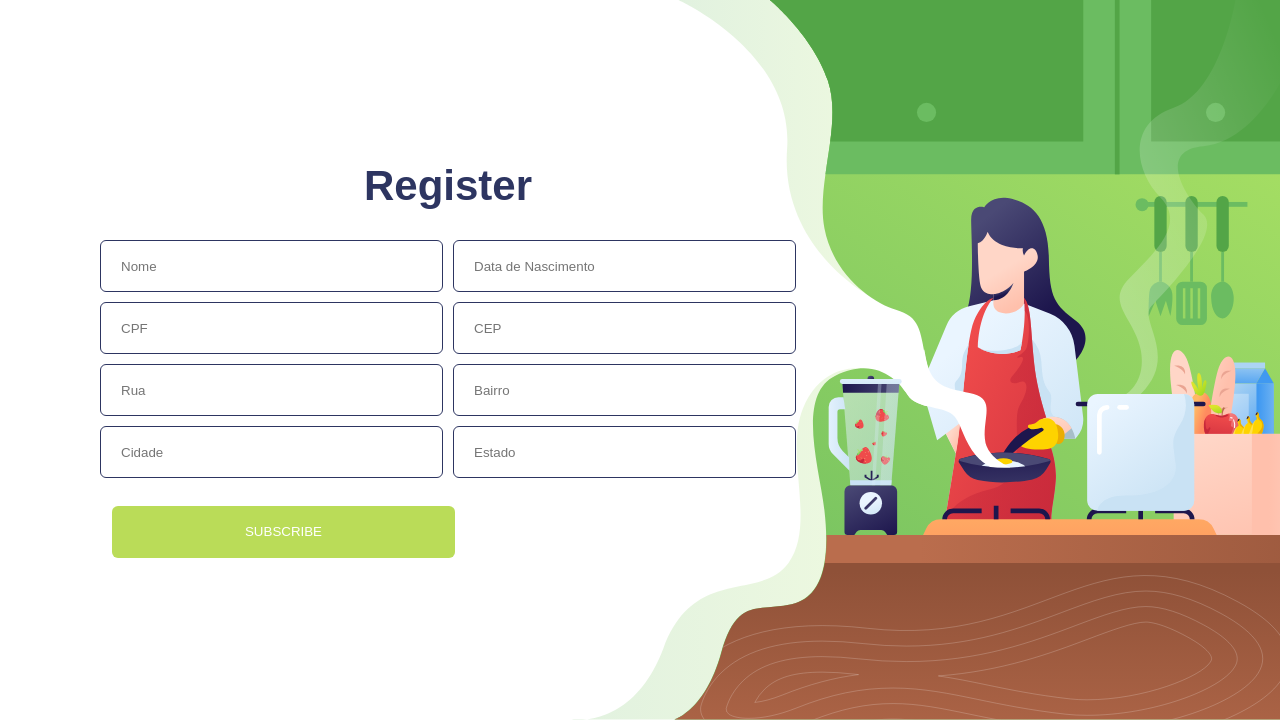
Repository: LuccaCasalecchi/HealthyFood
Page: /register
These files come from the project's save history. The page is drawn as it stood at one moment and after the next save; the edit follows.
The browser window is 1280 px wide. The pictures show the whole page.
The project was rebuilt for these pictures with package versions that can differ from the ones it lists, and the page was loaded fresh each time. Also part of the build but not shown: src/components/Header/Header.css, src/components/Header/Header.jsx, src/components/Main/Main.css, src/components/Main/Main.jsx, src/components/Card/Card.css, src/components/Card/Card.jsx, src/components/Recipes/Recipes.css, src/components/Recipes/Recipes.jsx and 11 more.

Above is the page before, as saved 2021-08-22 02:52:31.

### src/App.js
import React from 'react';

import Routes from './Routes';

import './global.css';

function App() {
  return (
    <Routes/>
  );
}

export default App;

### src/Routes.jsx
import { BrowserRouter, Switch, Route } from 'react-router-dom';

import LandingPage from './pages/LandingPage/LandingPage'
import Register from './pages/Register/Register'

export default function Routes() {
  return (
    <BrowserRouter>
      <Switch>
        <Route path='/' exact component={LandingPage}/>
        <Route path='/register' exact component={Register}/>
      </Switch>
    </BrowserRouter>
  );
}

### src/global.css
* {
  margin: 0;
  padding: 0;
  box-sizing: border-box;
}

html {
  scroll-behavior: smooth;
  overflow-y: scroll;
  overflow-x: hidden;
}





/*Phone*/
@media (min-width: 320px)
  and (max-width: 480px) {
  :root {
    font-size: 50%;
  }
}

/*Tablet*/
@media (min-width: 481px)
  and (max-width: 1100px) {
  :root {
    font-size: 56.25%;
  }
}

/*Desktop*/
@media (min-width: 1101px)
  and (max-width: 1600px) {
  :root {
    font-size: 62.5%;
  }
}

/*Ultra*/
@media (min-width: 1601px) {
  :root {
    font-size: 62.5%;
  }
}

### src/pages/Register/Register.jsx
import React, {useState} from "react";
import { useHistory } from 'react-router-dom';
import api from '../../api/api'

import Button from "../../components/Button/Button";
import Input from "../../components/Input/Input";

import imageService from "../../images/bloco_services.svg";
import "./Register.css";


export default function Register() {

  //declare state os inputs
  const [city, setCity] = useState("");
  const [uf, setUf] = useState("");
  const [cep, setCep] = useState("");
  const [adress, setAdress] = useState("");
  const [district, setDistrict] = useState("");
  const [complement,setComplement] = useState("")

  const {goBack} = useHistory();

  //get the adress from user
  async function getUserAdress(){
    try{
      const response = await api.get(`https://viacep.com.br/ws/${cep}/json/`)
      setCity(response.data.localidade)
      setUf(response.data.uf)
      setAdress(response.data.logradouro)
      setDistrict(response.data.bairro)
      setComplement(response.data.complemento)
    }catch(error){
      setCity("")
      setUf("")
      setAdress("")
      setDistrict("")
      setComplement("")
    }
  }

  function handleSubmit(e){
    e.preventDefault()

    const userData={
      name: e.target.elements.name.value,
      birthday: e.target.elements.birthday.value,
      CPF: e.target.elements.CPF.value,
      CEP: e.target.elements.CEP.value,
      address: e.target.elements.address.value,
      district: e.target.elements.district.value,
      complement: e.target.elements.complement.value,
      city: e.target.elements.city.value,
      UF: e.target.elements.UF.value
    }

    localStorage[`healthyFoodCommerce${userData.CPF}Registry`] = JSON.stringify(userData);
  }




  return (
    <div className="container">
      <div>
        <h1>Register</h1>
        <form>
          <Input placeholderProp="Nome" id="name" required={true} />
          <Input placeholderProp="Data de Nascimento" id="birthday" required={true} />
          <Input placeholderProp="CPF" id="CPF" required={true}  />
          <Input placeholderProp="CEP" id="CEP" required={true} />
          <Input placeholderProp="Rua" id="adress" required={true} />
          <Input placeholderProp="Bairro" id="district" required={true}  />
          <Input placeholderProp="Cidade" id="city" required={true}  />
          <Input placeholderProp="Estado" id="UF" required={true}  />
          <Button title="SUBSCRIBE" typeProp="submit" />
        </form>
      </div>
      <img src={imageService} alt="Register" />
    </div>
  );
}

### src/pages/LandingPage/LandingPage.css
* {
  margin: 0;
  padding: 0;
  box-sizing: border-box;
  font-family: sans-serif;
}

### src/api/api.js
import axios from 'axios';

const api = axios.create();

export default api;

### src/components/Button/Button.jsx
import React from 'react'
import './Button.css'

export default function Button({title,typeProp}) {
  return (
    <button className="register_button" type={typeProp}>{title}</button>
  )
}

### src/components/Input/Input.jsx
import React from 'react'
import './Input.css'

export default function Input({title,placeholderProp,id,type,...rest}) {
  return (
    <div className="input-container">
      <input
      type={type}
      placeholder={placeholderProp}
      id={id}
      title={title}
      {...rest}
      />
    </div>
  )
}

### src/pages/Register/Register.css
.container{
  display: flex;
  height: 100vh;
}

.container > div{
  display: flex;
  flex-direction: column;
  margin: auto 0;
  padding-left: 10rem;
}

.container h1{
  color: #2D3561;
  font-size: 4.2rem;
  margin-bottom: 1rem;
  font-weight: bold;
  align-items: center;
  text-align: center;
  padding-bottom: 20px;
}

.container form{
  display: grid;
  gap: 1rem;
  flex-direction: row;
  grid-template-columns: repeat(2, 1fr);
}

form > div{
  padding: 0;
  margin: 0;
}

.container img{
  transform: scaleX(-1);
  height: 100vh;
  position: absolute;
  right: 0;
  z-index: -99;
}

### src/components/Button/Button.css
.container button {
  display: flex;
  justify-content: center;
  align-items: center;
  background-color: #BADC58;
  padding: 25px 15px;
  width: 100%;
  margin-top: 5%;


}

### src/components/Input/Input.css
.input-container{
  display: flex;
  justify-content: center;
  align-items: center;
  padding: 0px;
}

input{
  width: 343px;
  height: 52px;
  border-radius: 6px;
  border: 1px solid #2D3561;
  text-align: center;
}

input::placeholder{
  text-align: left;
  padding-left: 20px;
}

button{
  display: flex;
  justify-content: center;
  align-items: center;
  width: 52px;
  height: 52px;
  border: none;
  border-radius: 6px;
  padding: 0px 12px;
  margin-left: 12px;
  text-align: center;
  background-color: #BADC58;
  color: white;
}

Loaded but not shown: public/index.html (common file); src/index.js (common file)

After the next save:
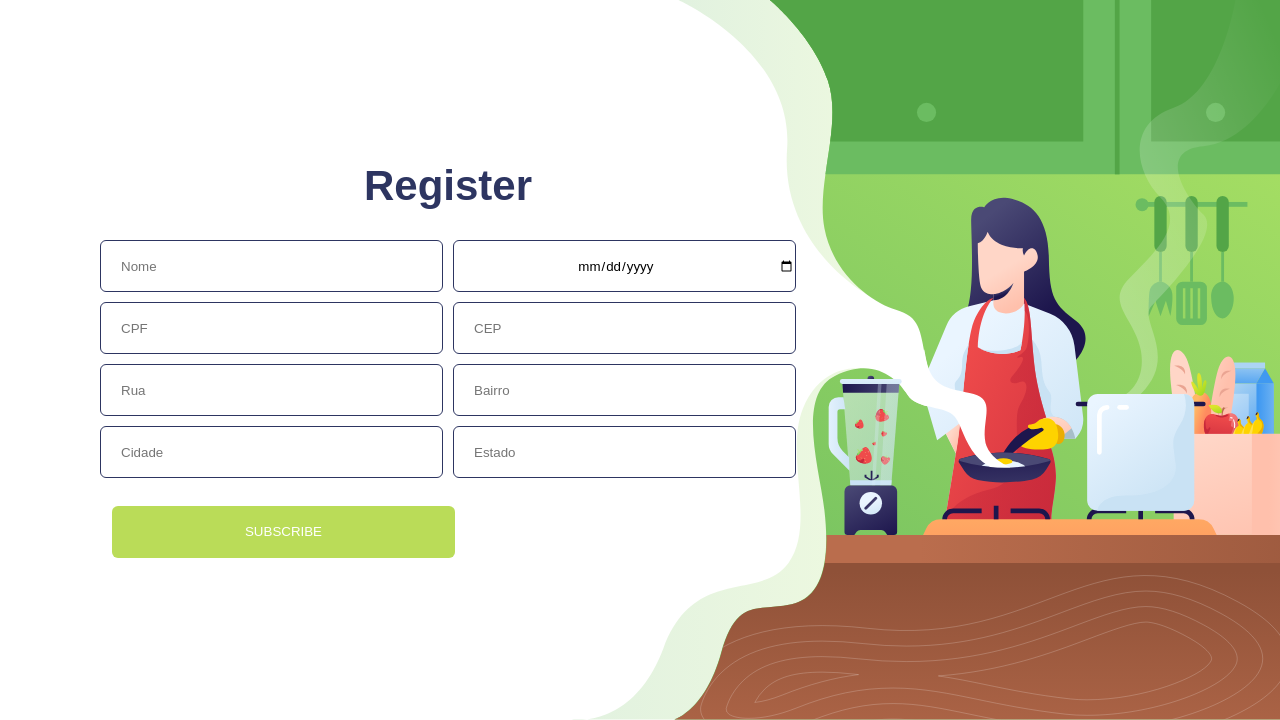
Saved 87 s later.
--- a/src/pages/Register/Register.jsx
+++ b/src/pages/Register/Register.jsx
@@ -66,7 +66,7 @@ export default function Register() {
         <h1>Register</h1>
         <form>
           <Input placeholderProp="Nome" id="name" required={true} />
-          <Input placeholderProp="Data de Nascimento" id="birthday" required={true} />
+          <Input placeholderProp="Data de Nascimento" id="birthday" required={true} type="date" />
           <Input placeholderProp="CPF" id="CPF" required={true}  />
           <Input placeholderProp="CEP" id="CEP" required={true} />
           <Input placeholderProp="Rua" id="adress" required={true} />
